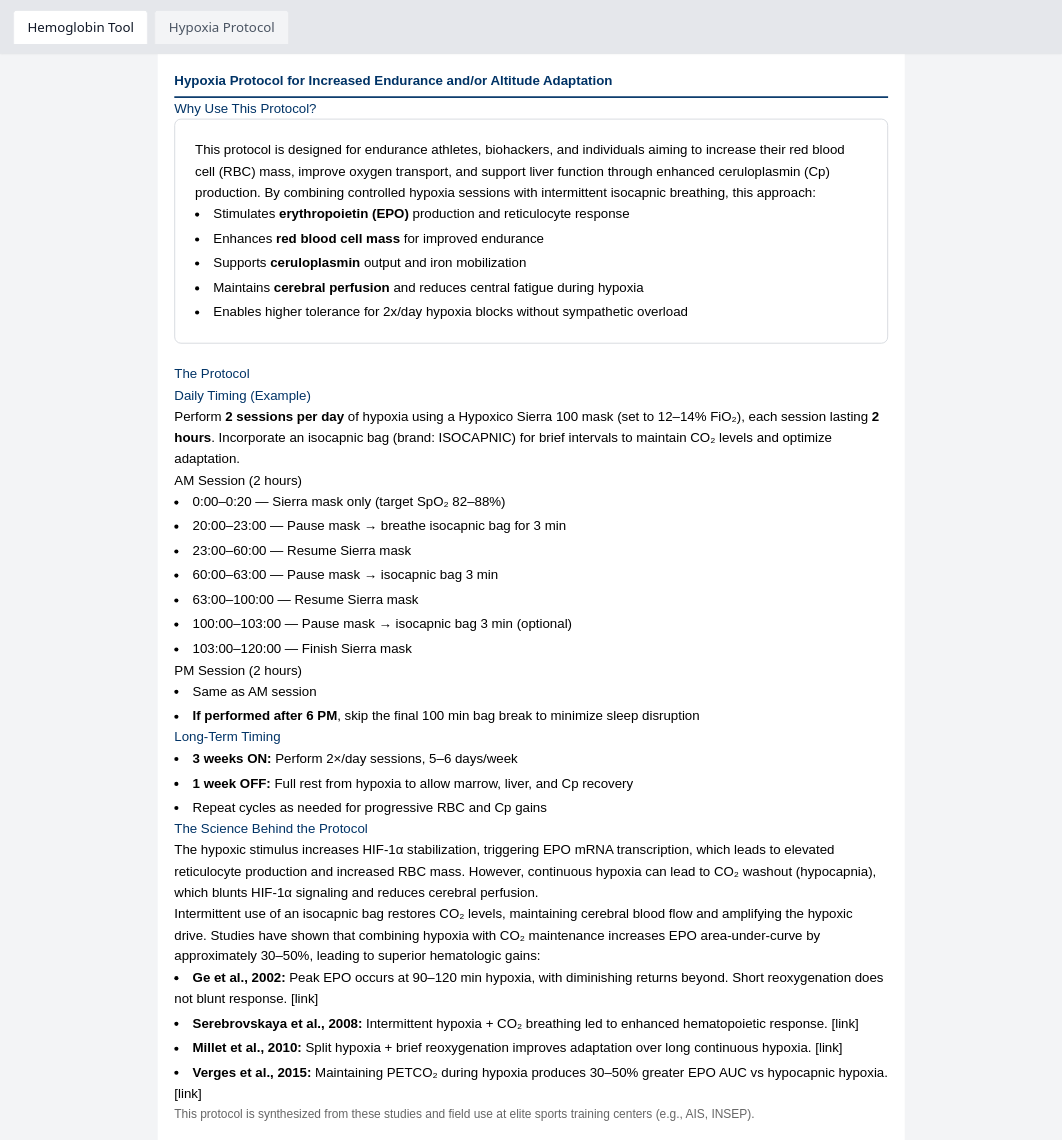
Repository: austenhughes1/hemoglobin_rbc_metrics
Page: hypoxia_protocol.html
The author's editor kept a copy of each file at every save. The page is drawn from the files as they stood at one save, then again after the next save.
The browser window is 1280 px wide. The pictures show the whole page, at 83% of full size.
Some web libraries are served in a nearby version.

Above is the page before, as saved 2025-06-25 13:07:11.

After the next save:
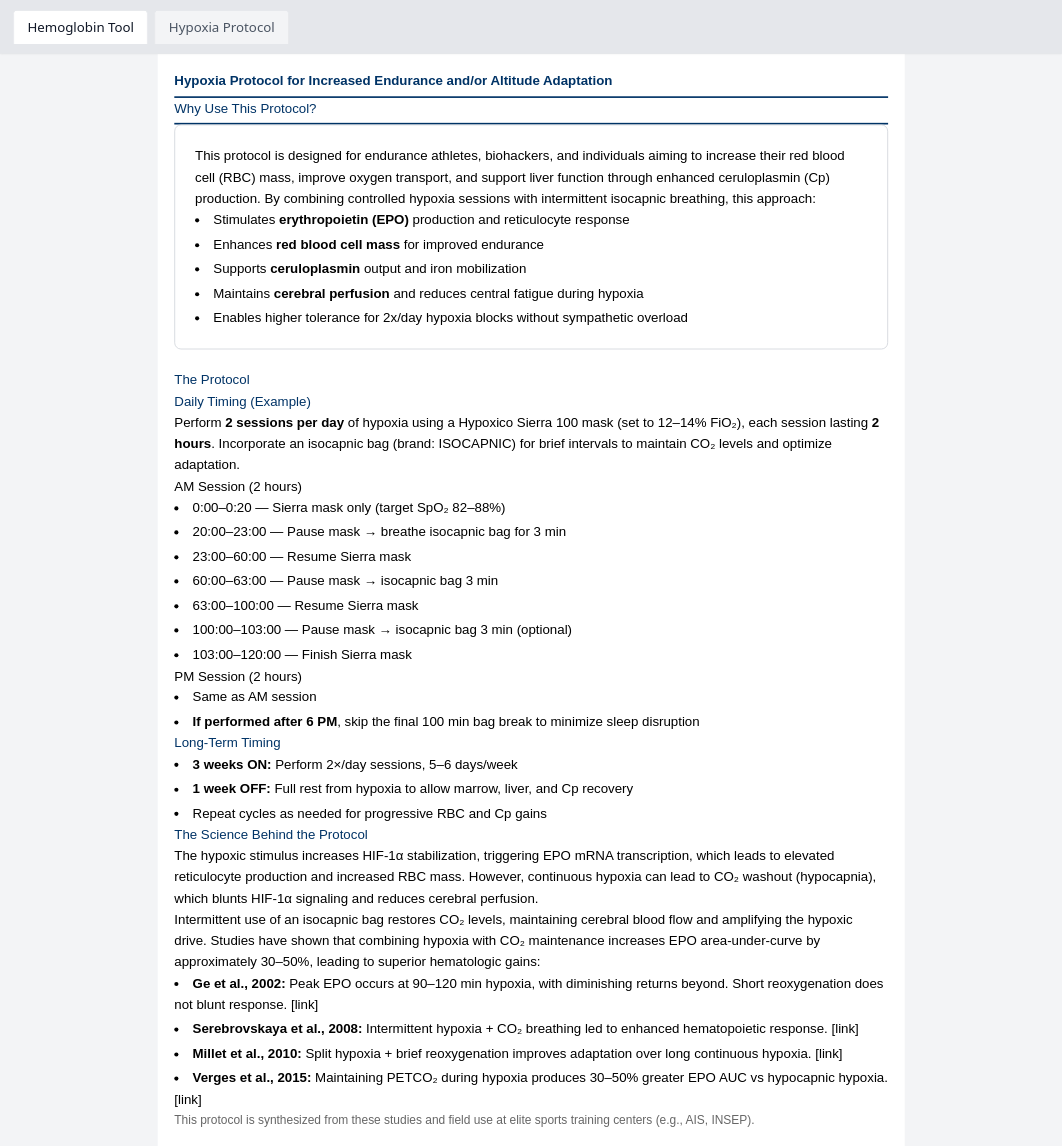
Saved 6 s later.
--- a/hypoxia_protocol.html
+++ b/hypoxia_protocol.html
@@ -44,7 +44,7 @@
   <div class="content">
     <h1><b>Hypoxia Protocol for Increased Endurance and/or Altitude Adaptation</b></h1>
 
-    <h2>Why Use This Protocol?</h2>
+    <h1>Why Use This Protocol?</h1>
     <section class="border border-gray-300 rounded-lg p-6 mb-6 bg-white">
         <p>
         This protocol is designed for endurance athletes, biohackers, and individuals aiming to increase their red blood cell (RBC) mass, improve oxygen transport, and support liver function through enhanced ceruloplasmin (Cp) production. By combining controlled hypoxia sessions with intermittent isocapnic breathing, this approach:
